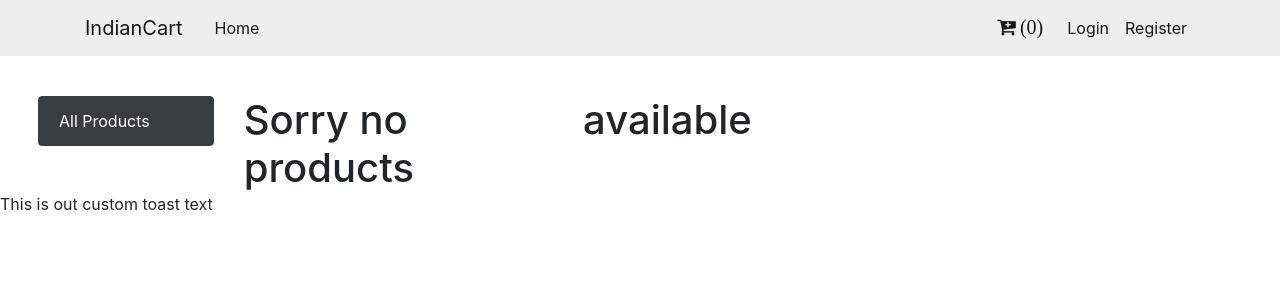
Repository: neerajchavan/E-Commerce-Project
Page: http://localhost/E-Commerce-Project/index.jsp?category=all
The author's editor kept a copy of each file at every save. The page is drawn from the files as they stood at one save, then again after the next save.
The browser window is 1280 px wide. The pictures show the whole page.
Some web libraries are served in a nearby version. The page is served by Tomcat 9. Queries for data that is not in the repository find no rows.

Above is the page before, as saved 2020-10-24 04:57:57.

After the next save:
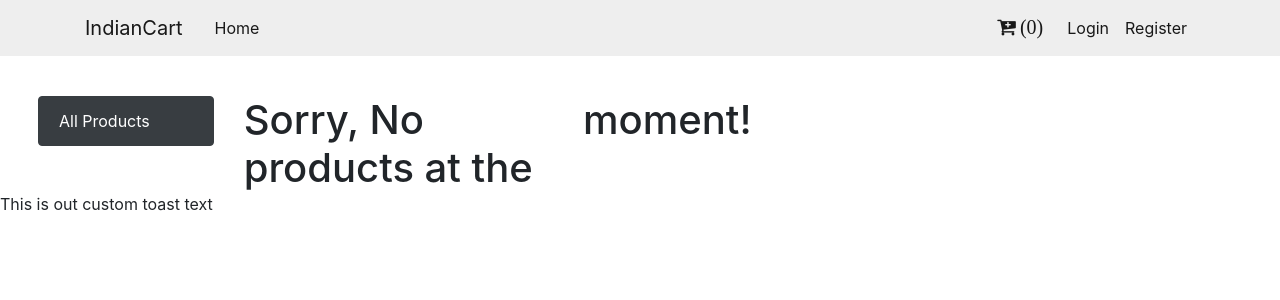
Saved 11 s later.
--- a/E-Commerce-Project/WebContent/index.jsp
+++ b/E-Commerce-Project/WebContent/index.jsp
@@ -70,7 +70,7 @@
 						<div class="card-columns">
 							<%
 								if (product.size() == 0) {
-									out.println("<h1>Sorry no products available</h1>");
+									out.println("<h1>Sorry, No products at the moment!</h1>");
 								}
 							%>
 
